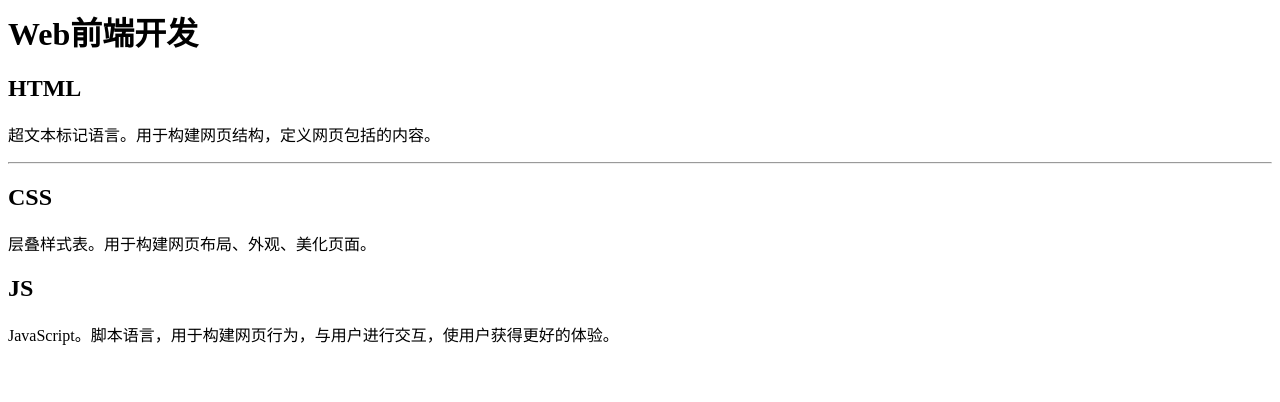
Repository: kankda11/WebProject1
Page: index.html
An editor plug-in stored every save of this project. The page is shown before and after a run of saves, followed by the edit.
The browser window is 1280 px wide. The pictures show the whole page.

Above is the page before, as saved 2020-07-10 16:08:12.

### index.html
<html>
  <head>
    <meta charset="UTF-8" />
    <title>Web前端开发</title>
  </head>
  <body>
    <h1>Web前端开发</h1>
    <h2>HTML</h2>
    <p>超文本标记语言。用于构建网页结构，定义网页包括的内容。</p>
    <hr \>
    <h2>CSS</h2>
    <p>层叠样式表。用于构建网页布局、外观、美化页面。</p>
    <h2>JS</h2>
    <p>
      JavaScript。脚本语言，用于构建网页行为，与用户进行交互，使用户获得更好的体验。
    </p>
  </body>
</html>

After the next 2 saves:
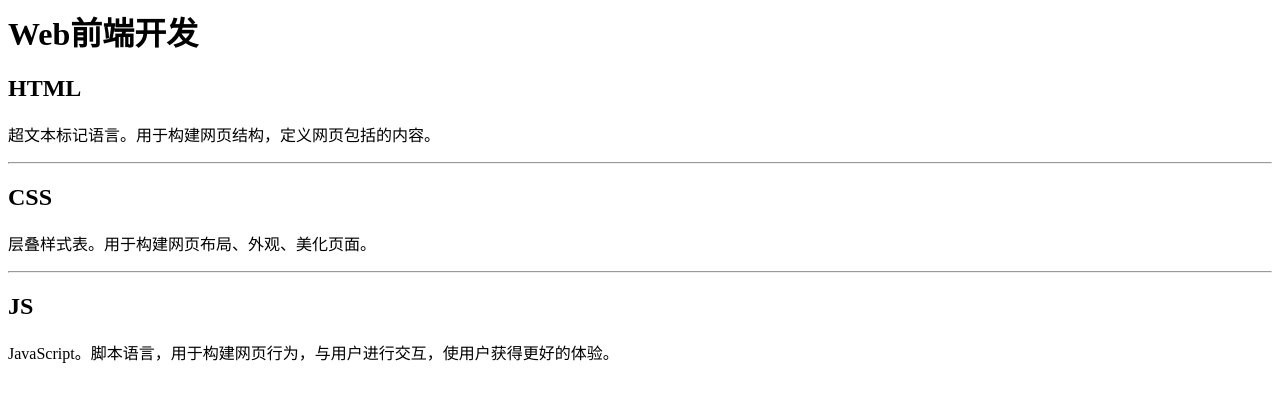
The 2 saves are shown as one change because they came seconds apart.
The last was saved 28 s later.
--- a/index.html
+++ b/index.html
@@ -7,9 +7,10 @@
     <h1>Web前端开发</h1>
     <h2>HTML</h2>
     <p>超文本标记语言。用于构建网页结构，定义网页包括的内容。</p>
-    <hr \>
+    <hr \ />
     <h2>CSS</h2>
     <p>层叠样式表。用于构建网页布局、外观、美化页面。</p>
+    <hr />
     <h2>JS</h2>
     <p>
       JavaScript。脚本语言，用于构建网页行为，与用户进行交互，使用户获得更好的体验。
